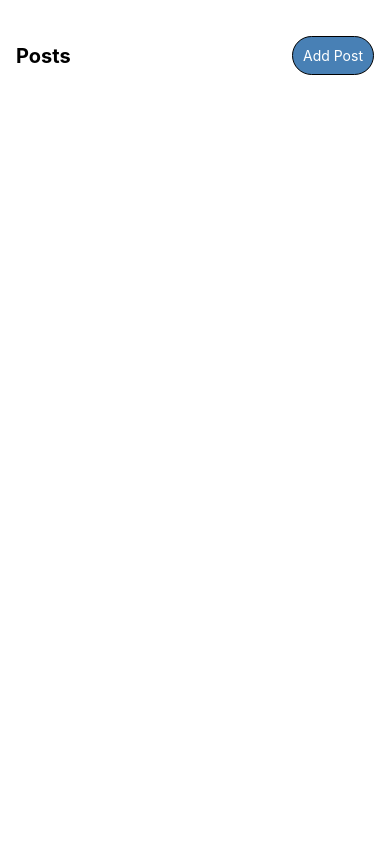
Repository: ntu34543/React-Native
Screen: / (app in demo/)
The author's editor kept a copy of each file at every save. The screen is drawn from the files as they stood at one save, then again after the next save.
The page's requests for data from a server got no answer. The app was drawn by React Native's web renderer in a window 390 px wide. The project was rebuilt for these pictures with package versions that can differ from the ones it lists, and the page was loaded fresh each time. No one was signed in, and anything a server would have sent is missing. Also part of the build but not shown: demo/src/components/ModalView.js, demo/src/components/PostCardItem.js.

Above is the screen before, as saved 2022-09-13 14:51:13.

After the next save:
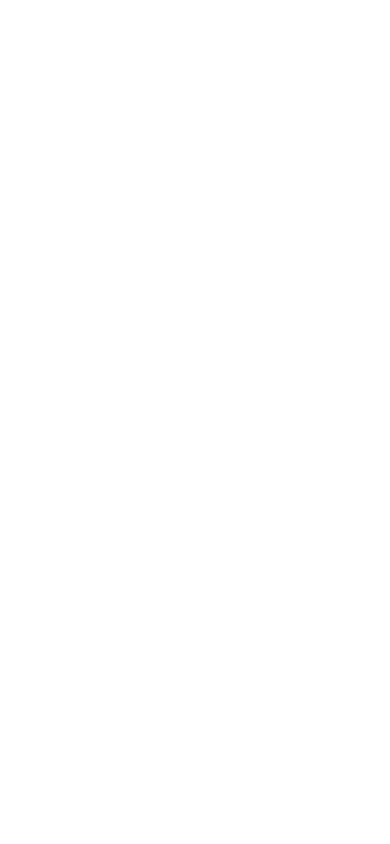
Saved 92 s later.
--- a/demo/App.js
+++ b/demo/App.js
@@ -115,12 +115,12 @@
   return (
     <SafeAreaView style={styles.container}>
       <StatusBar style="auto" />
-      <View style={styles.addPost}>
+      {/* <View style={styles.addPost}>
         <Text style={styles.title}>Posts</Text>
         <TouchableOpacity onPress={() => setVisible(true)}>
           <Text style={styles.btn}>Add Post</Text>
         </TouchableOpacity>
-      </View>
+      </View> */}
       <FlatList
         data={data}
         keyExtractor={(item, index) => item.id + index.toString()}

After the save that followed:
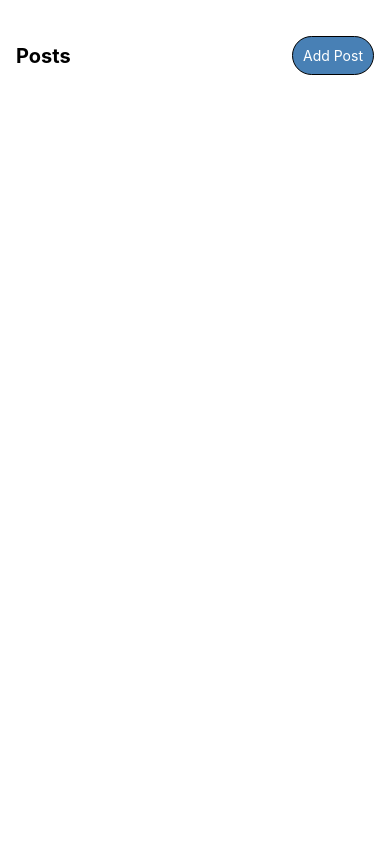
Saved 4 min 50 s later.
--- a/demo/App.js
+++ b/demo/App.js
@@ -115,12 +115,12 @@
   return (
     <SafeAreaView style={styles.container}>
       <StatusBar style="auto" />
-      {/* <View style={styles.addPost}>
+      <View style={styles.addPost}>
         <Text style={styles.title}>Posts</Text>
         <TouchableOpacity onPress={() => setVisible(true)}>
           <Text style={styles.btn}>Add Post</Text>
         </TouchableOpacity>
-      </View> */}
+      </View>
       <FlatList
         data={data}
         keyExtractor={(item, index) => item.id + index.toString()}
